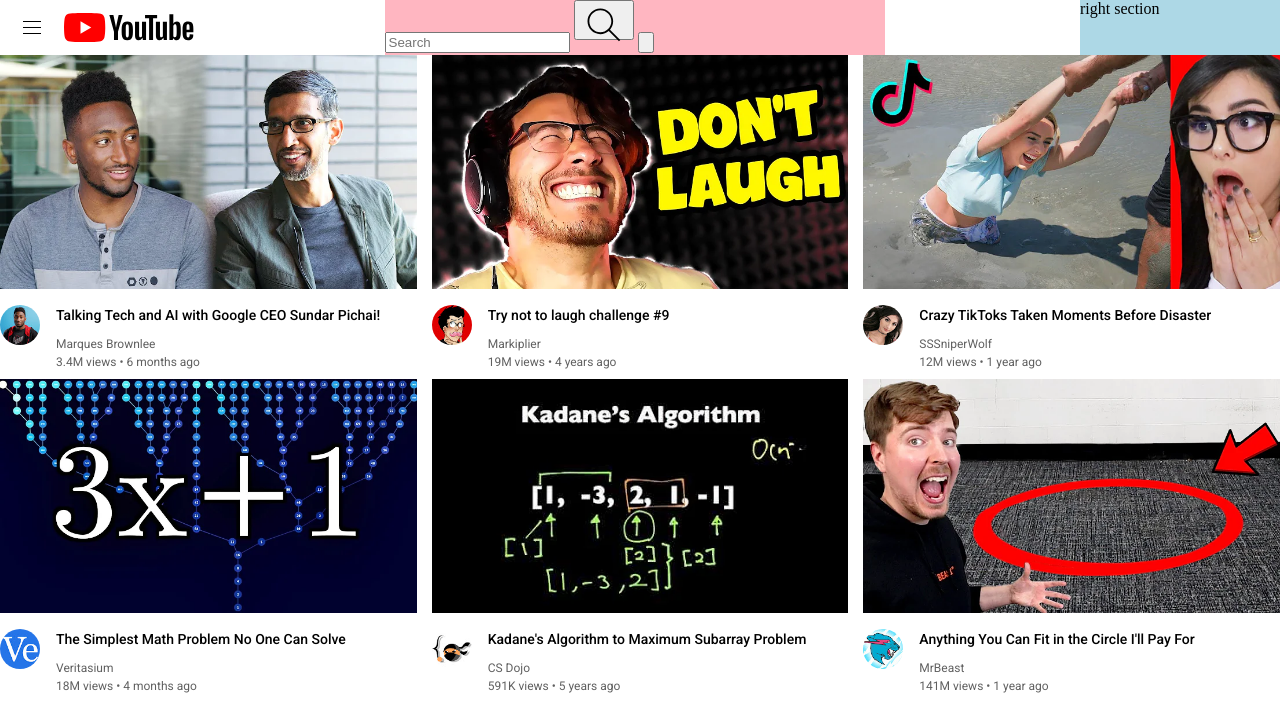
Repository: idahcarts-ux/html-css
Page: youtube.html
An editor plug-in stored every save of this project. The page is shown before and after the next save, followed by the edit.
The browser window is 1280 px wide. The pictures show the whole page.

Above is the page before, as saved 2025-11-19 17:04:45.

### youtube.html
<!DOCTYPE html>
<html>
<head>
  <title>YouTube.com Clone</title>

  <link rel="preconnect" href="https://fonts.googleapis.com">
  <link rel="preconnect" href="https://fonts.gstatic.com" crossorigin>
  <link href="https://fonts.googleapis.com/css2?family=Roboto:wght@100;300;400;500;700;900&display=swap" rel="stylesheet">

<link rel="stylesheet" href="styles/general.css">
<link rel="stylesheet" href="styles/video.css">
<link rel="stylesheet" href="styles/header.css">


</head>
<body>
  <div class="header">
    <div class="left-section">
     <img class="hamburger-menu" src="icons/hamburger-menu.svg">
     <img class="youtube-logo" src="icons/youtube-logo.svg">
    </div>
    <div class="middle-section">
      <input class="search-bar" type="text" placeholder="Search">
    <button class="search-button">
      <img src="icons/search.svg">
    </button>
    <button class="voice-search-button">
      <img src="icons/voice-search-icon.svg">
    </button>
    </div>
    <div class="right-section">
      right section
    </div>

  </div>



  <!-- MAIN GRID START -->
  <div class="video-grid">

    <!-- 1 -->
    <div class="video-preview">
      <img class="thumbnails" src="thumbnails/thumbnail-1.webp">
      <div class="video-info-grid">
        <div class="channel-pictures">
          <img class="profile-picture" src="chanel-pictures/channel-1.jpeg">
        </div>
        <div class="video-info">
          <p class="video-title">
            Talking Tech and AI with Google CEO Sundar Pichai!
          </p>
          <p class="video-author">Marques Brownlee</p>
          <p class="video-stats">3.4M views • 6 months ago</p>
        </div>
      </div>
    </div>

    <!-- 2 -->
    <div class="video-preview">
      <img class="thumbnails" src="thumbnails/thumbnail-2.webp">
      <div class="video-info-grid">
        <div class="channel-pictures">
          <img class="profile-picture" src="chanel-pictures/channel-2.jpeg">
        </div>
        <div class="video-info">
          <p class="video-title">Try not to laugh challenge #9</p>
          <p class="video-author">Markiplier</p>
          <p class="video-stats">19M views • 4 years ago</p>
        </div>
      </div>
    </div>

    <!-- 3 -->
    <div class="video-preview">
      <img class="thumbnails" src="thumbnails/thumbnail-3.webp">
      <div class="video-info-grid">
        <div class="channel-pictures">
          <img class="profile-picture" src="chanel-pictures/channel-3.jpeg">
        </div>
        <div class="video-info">
          <p class="video-title">Crazy TikToks Taken Moments Before Disaster</p>
          <p class="video-author">SSSniperWolf</p>
          <p class="video-stats">12M views • 1 year ago</p>
        </div>
      </div>
    </div>

    <!-- 4 -->
    <div class="video-preview">
      <img class="thumbnails" src="thumbnails/thumbnail-4.webp">
      <div class="video-info-grid">
        <div class="channel-pictures">
          <img class="profile-picture" src="chanel-pictures/channel-4.jpeg">
        </div>
        <div class="video-info">
          <p class="video-title">The Simplest Math Problem No One Can Solve</p>
          <p class="video-author">Veritasium</p>
          <p class="video-stats">18M views • 4 months ago</p>
        </div>
      </div>
    </div>

    <!-- 5 -->
    <div class="video-preview">
      <img class="thumbnails" src="thumbnails/thumbnail-5.webp">
      <div class="video-info-grid">
        <div class="channel-pictures">
          <img class="profile-picture" src="chanel-pictures/channel-5.jpeg">
        </div>
        <div class="video-info">
          <p class="video-title">
            Kadane's Algorithm to Maximum Subarray Problem
          </p>
          <p class="video-author">CS Dojo</p>
          <p class="video-stats">591K views • 5 years ago</p>
        </div>
      </div>
    </div>

    <!-- 6 -->
    <div class="video-preview">
      <img class="thumbnails" src="thumbnails/thumbnail-6.webp">
      <div class="video-info-grid">
        <div class="channel-pictures">
          <img class="profile-picture" src="chanel-pictures/channel-6.jpeg">
        </div>
        <div class="video-info">
          <p class="video-title">
            Anything You Can Fit in the Circle I'll Pay For
          </p>
          <p class="video-author">MrBeast</p>
          <p class="video-stats">141M views • 1 year ago</p>
        </div>
      </div>
    </div>

  </div>
  <!-- MAIN GRID END -->



</body>
</html>

### styles/general.css
 p {
    font-family: Roboto, Arial;
    margin-top: 0;
    margin-bottom: 0;
  }

  body {
    margin: 0;
  }

### styles/video.css



  .thumbnails {
    width: 100%;
  }



  .video-title {
    font-size: 14px;
    font-weight: 500;
    line-height: 20px;
    margin-bottom: 12px;
  }

  .video-info-grid {
    display: flex;
    margin-top: 12px;
  }

  /* FIX: Ensure the profile picture container is just large enough for the picture */
  .channel-pictures {
    width: 48px; /* Slightly larger than the picture for padding/margin */
    flex-shrink: 0;
    margin-right: 8px; /* Added some spacing to separate picture from text */
  }

  /* FIX: Ensure the profile picture fills its container and maintain aspect ratio */
  .profile-picture {
    width: 40px; /* Kept your desired size */
    height: 40px; /* Added explicit height to force a square container */
    object-fit: cover; /* Ensures image covers the area without distortion */
    border-radius: 50%;
  }

  /* FIX: Removed fixed width which was unnecessary and potentially restrictive */
  .video-info {
    /* width: 200px; <--- Removed this line */
    flex: 1; /* Allow it to take up the remaining space */
  }

  .video-author {
    font-size: 12px;
    color: rgb(96, 96, 96);
    margin-bottom: 4px;
  }

  .video-stats {
    font-size: 12px;
    color: rgb(96, 96, 96);
  }

  .video-grid {
    display: grid;
    grid-template-columns: 1fr 1fr 1fr;
    column-gap: 15px;
    row-gap: 10px;
  }

### styles/header.css


  .header {
    height:55px;
    display:flex;
    flex-direction: row;
    justify-content: space-between;
  }

  .left-section {
  display: flex;
   align-items: center;


  }
    .youtube-logo {
    width: 12vw;        /* Scales with viewport width */
    min-width: 80px;    /* Don't get too small */
    max-width: 130px;   /* Don't grow too large */
    height: auto;       /* Keep aspect ratio */
    transition: width 0.25s ease;
}


  .hamburger-menu {
    height: 24px;
    margin-left: 20px;
    margin-right: 20px;
  }
  .middle-section {
    background-color:lightpink;
    flex:1;
    margin-left: 30px;
    margin-right: 35px;
    max-width:500px;
  }
  .search-button {
    height:40px;
    width:60px;
  }

  .right-section {
    background-color: lightblue;
    width:200px;
  }

After the next save:
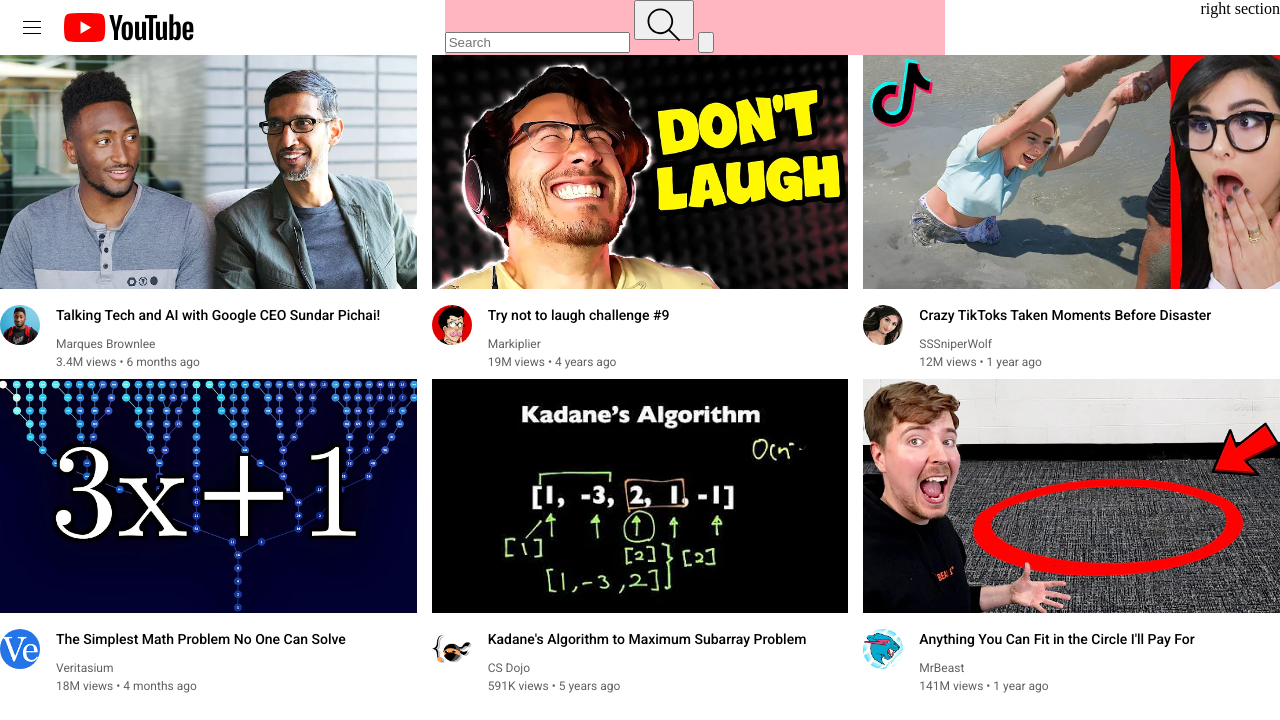
Saved 15 s later.
--- a/styles/header.css
+++ b/styles/header.css
@@ -38,7 +38,7 @@
     height:40px;
     width:60px;
   }
-
+  .voice-search-butoton
   .right-section {
     background-color: lightblue;
     width:200px;

After the save that followed:
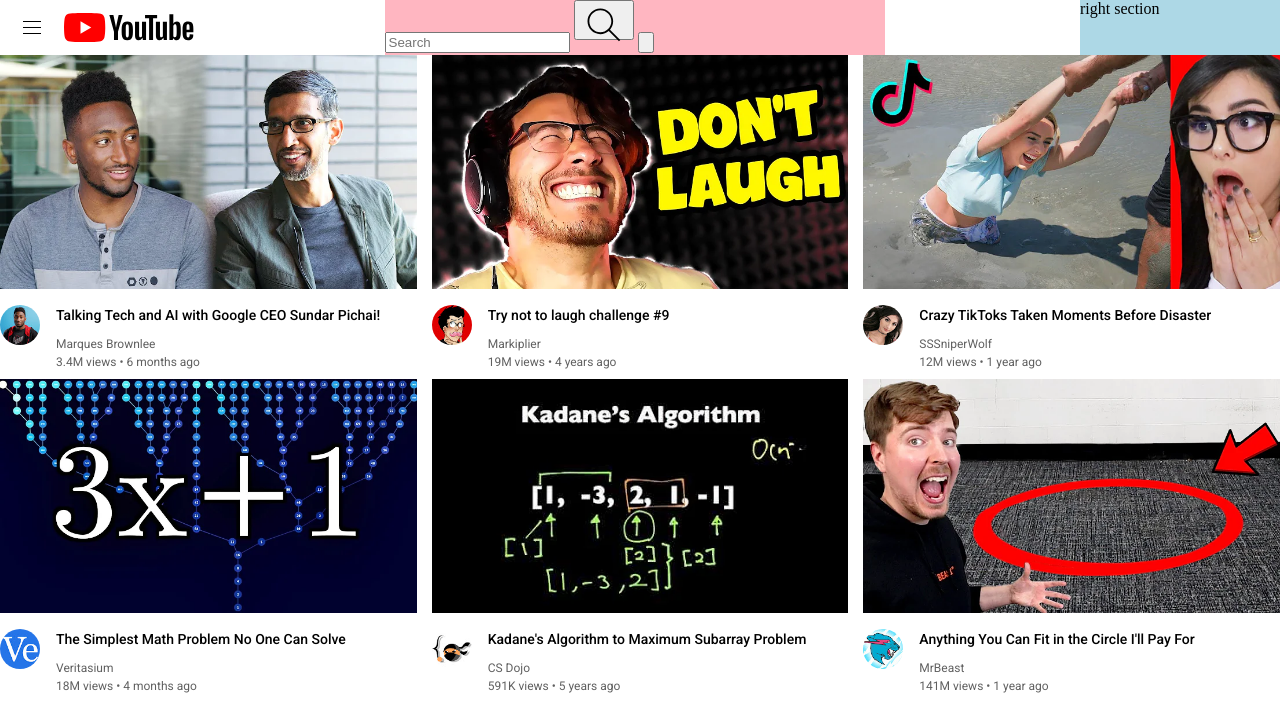
Saved 8 s later.
--- a/styles/header.css
+++ b/styles/header.css
@@ -38,7 +38,9 @@
     height:40px;
     width:60px;
   }
-  .voice-search-butoton
+  .voice-search-button {
+
+  }
   .right-section {
     background-color: lightblue;
     width:200px;
